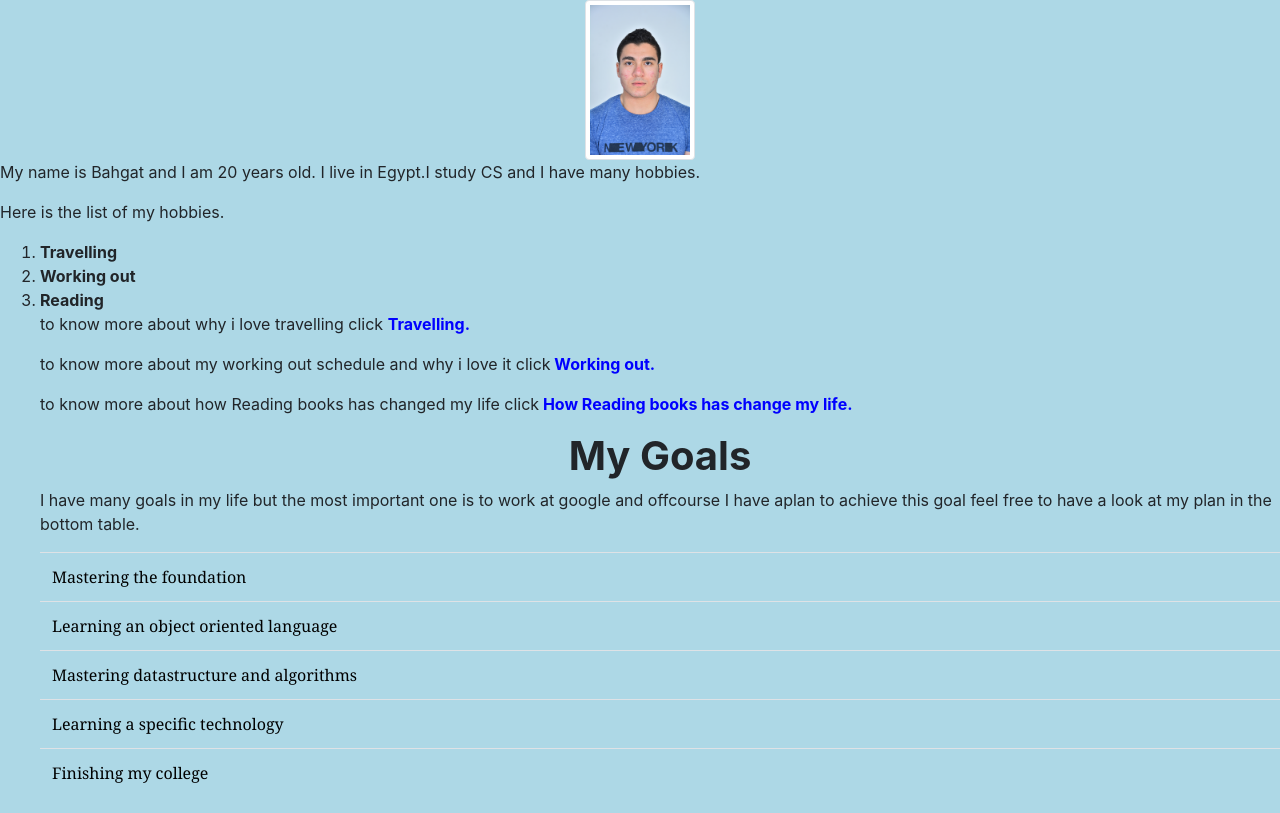
Repository: bahgaat/cs50
Page: environment/pset5/homepage/index.html
The author's editor kept a record of every edit. The page is drawn from the files as they stood at one moment, then again after the next edit.
The browser window is 1280 px wide. The pictures show the whole page.

Above is the page before.

After the next edit:
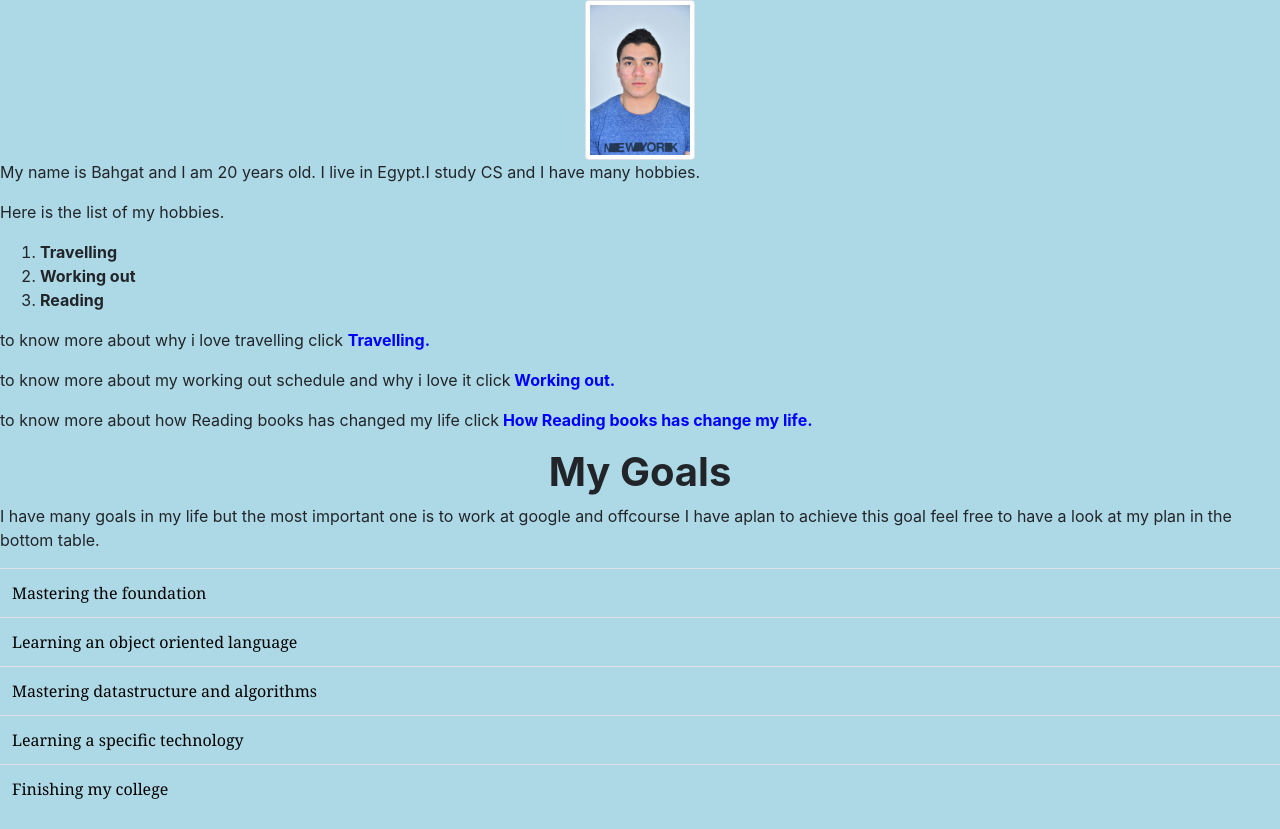
The edit:
--- a/environment/pset5/homepage/index.html
+++ b/environment/pset5/homepage/index.html
@@ -20,7 +20,7 @@
               <li><b>Travelling</b></li>
               <li><b>Working out</b></li>
               <li><b>Reading</b></li>
-          </oI>
+          </ol>
 
            <p>to know more about why i love travelling click <a href= " Travelling.html"> <b>Travelling.</b></a></p>
            <p>to know more about my working out schedule and why i love it click<a href= " Working out.html"><b> Working out.</b></a></p>
